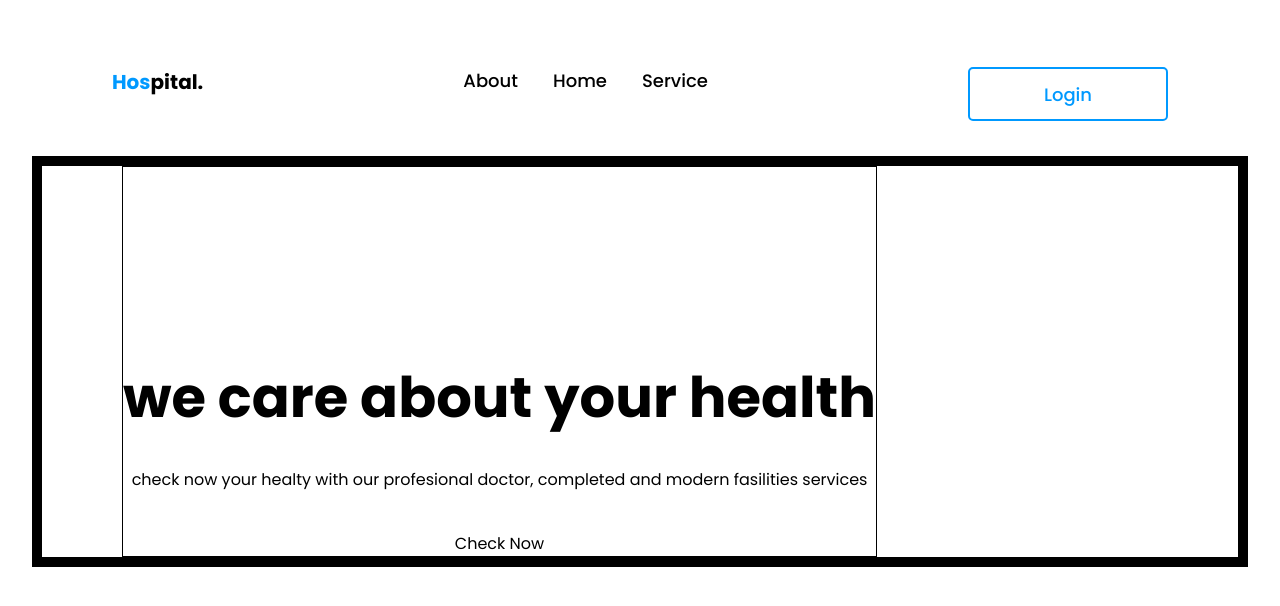
Repository: Chadi2000/hospital-app
Page: /
An editor plug-in stored every save of this project. The page is shown before and after the next save, followed by the edit.
The browser window is 1280 px wide. The pictures show the whole page.
The project was rebuilt for these pictures with package versions that can differ from the ones it lists, and the page was loaded fresh each time. Also part of the build but not shown: vite.config.js.

Above is the page before, as saved 2024-08-03 17:53:59.

### src/App.jsx
import './App.css'
import Header from './components/Header'
import Navbar from './components/Navbar'

function App() {

  return (
    <div className='flex flex-col'>
      <Navbar />
      <Header />
    </div>
  )
}

export default App

### src/index.css
@import url('https://fonts.googleapis.com/css2?family=Poppins:ital,wght@0,100;0,200;0,300;0,400;0,500;0,600;0,700;0,800;0,900;1,100;1,200;1,300;1,400;1,500;1,600;1,700;1,800;1,900&display=swap');

@tailwind base;
@tailwind components;
@tailwind utilities;

body{
  font-family: "Poppins", sans-serif;;
}

### src/components/Header.jsx
import Doctor from '../assets/doctor1.png'

const Header = () => {
  return (
    <div className='flex px-[80px] border-[10px]'>

      <div className='flex flex-col justify-start gap-10 border-[1px] pt-[200px]'>
        <h1 className='text-[56px] font-bold leading-[61px]'>we care about your health</h1>
        <p>check now your healty with our profesional doctor, completed and modern fasilities services</p>
        <div>Check Now</div>
      </div>

      <div className='relative flex items-center'>
        <div className='absolute'>
            <img src={Doctor} alt="doctor" />
        </div>
      </div>

    </div>
  )
}

export default Header

### src/components/Navbar.jsx

const Navbar = () => {
  return (
    <div className="flex justify-between py-[35px] px-[80px] ">

      <div className="flex text-[20px] font-bold leading-[30px] cursor-pointer">
        <div className="text-btn">Hos</div>
        <div className="text-black">pital.</div>
      </div>

        <ul className="flex gap-[35px] justify-between font-medium text-[18px] leading-[27px]">
            <li className="cursor-pointer">About</li>
            <li className="cursor-pointer">Home</li>
            <li className="cursor-pointer">Service</li>
        </ul>


      <div className="flex justify-center items-center w-[200px] h-[54px] text-btn border-btn border-[2px] cursor-pointer rounded-[5px]
      font-medium  text-[18px] leading-[27px]">
        Login
      </div>

    </div>
  )
}

export default Navbar

### tailwind.config.js
/** @type {import('tailwindcss').Config} */
export default {
  content: [
    "./index.html",
    "./src/**/*.{js,ts,jsx,tsx}",
  ],
  theme: {
    extend: {},
    textColor:{
      btn: '#0099FF',
    },
    backgroundColor:{
      btn: '#0099FF',
    },
    fontFamily:{
      abc:["Poppins","sans-serif"]
    },
    borderColor:{
      btn: '#0099FF',
    }
  },
  plugins: [],
}

Loaded but not shown: index.html (common file); src/main.jsx (common file); src/App.css (common file)

After the next save:
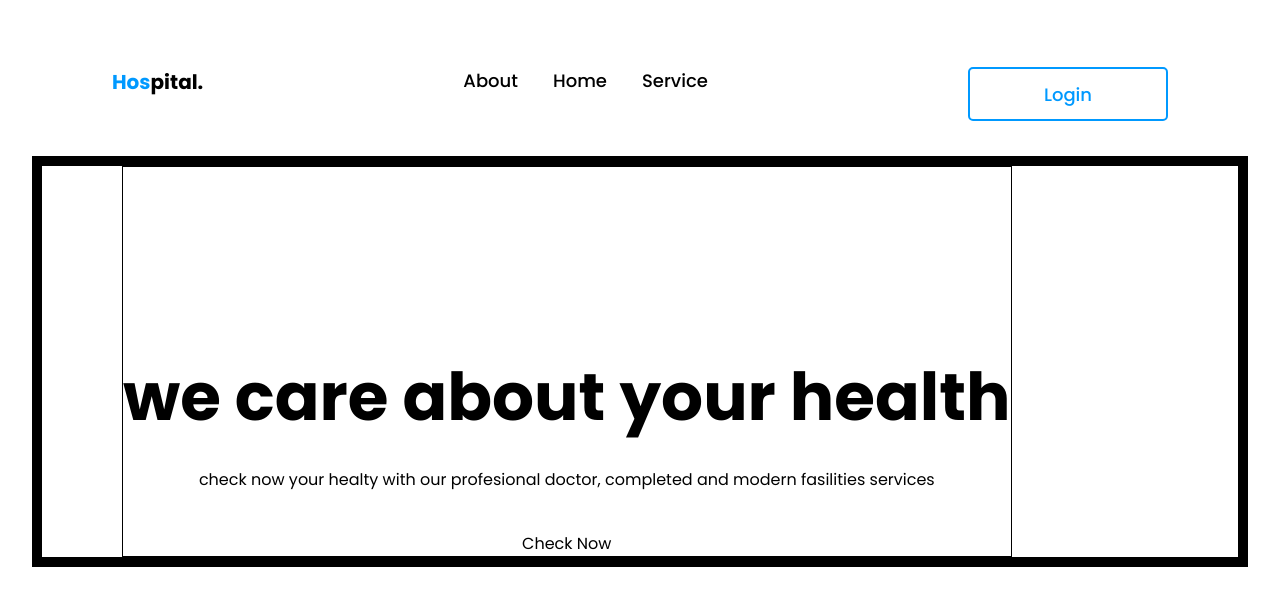
Saved 7 s later.
--- a/src/components/Header.jsx
+++ b/src/components/Header.jsx
@@ -5,7 +5,7 @@ const Header = () => {
     <div className='flex px-[80px] border-[10px]'>
 
       <div className='flex flex-col justify-start gap-10 border-[1px] pt-[200px]'>
-        <h1 className='text-[56px] font-bold leading-[61px]'>we care about your health</h1>
+        <h1 className='text-[66px] font-bold leading-[61px]'>we care about your health</h1>
         <p>check now your healty with our profesional doctor, completed and modern fasilities services</p>
         <div>Check Now</div>
       </div>
